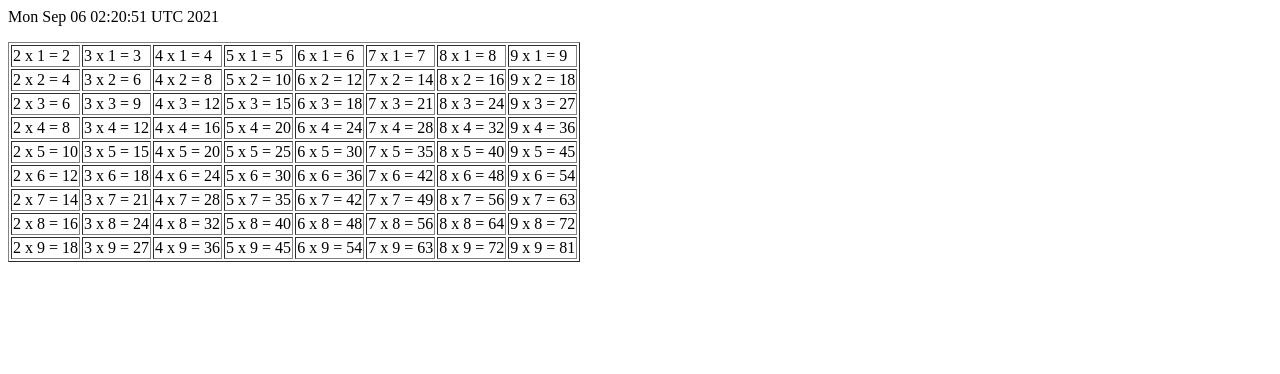
Repository: soobin10236/Class
Page: http://localhost/Web10/
The author's editor kept a copy of each file at every save. The page is drawn from the files as they stood at one save, then again after the next save.
The browser window is 1280 px wide. The pictures show the whole page.
The page is served by Tomcat 9. Other server files are loaded and not shown.

Above is the page before, as saved 2021-09-08 03:00:02.

### Web10/src/main/webapp/index.jsp

<%@page import="java.util.Date"%>
<%@ page language="java" contentType="text/html; charset=EUC-KR"
	pageEncoding="EUC-KR"%>
<!DOCTYPE html>
<html>
<head>
<meta charset="EUC-KR">
<title>Insert title here</title>
</head>

<body>
	<%--

	<!-- ex) -->

	<% Date date = new Date(); %>
	<%= date %><br/>

	--%>

	<!-- ex9) 구구단 -->

	<% Date date = new Date(); %>
	<%= date %><p>
	<table border="1">
	<%
	int sum = 0;
	for(int i=1;i<=9;i++){

	%>
		<tr>
		<%for(int j=1;j<=8;j++){ %>
			<td><%=j+1%> x <%=i %> = <%= (j+1)*i %></td>
		<%
		}%>
		</tr>
	<%} %>
	</table>
	<%-- <!-- ex8) html tag-->
	<% Date date = new Date(); %>
	<%= date %><br/>
	<button>호랑이</button>
	<hr/>
	<button>호랑이</button><p>
	<input type="text" value="초기값"/><br/>
	<input type="submit" value="submit"/><br/>
	<p>
	<select name ="color">
		<option value="red" selected>Red</option>
		<option value="blue">Blue</option>
		<option value="green">Green</option>
	</select> --%>

	<%-- <!-- ex7) JSP for문-->
	<body bgcolor = <%="green" %>>
	<% Date date = new Date(); %>
	<%= date %>

	<%
		String[] name = {"호랑이","독수리","원숭이","코끼리"};
	%>

	<table border="1" width="200">
	<%for(int i = 0; i < name.length; i++){ %>
		<tr>
			<%
				int temp = i * 10;
			%>
			<td><%=temp %></td>
			<td><%=name[i] %></td>
		</tr>
	<%} %>
	</table> --%>

	<%-- <!-- ex6) 테이블 출력 -->
	<% Date date = new Date(); %>
	<%= date %>
	<table border="1" width="200">
		<tr>
			<td><%=1 %></td>
			<td><%="호랑이" %></td>
		</tr>
		<tr>
			<td><%=2 %></td>
			<td><%="코끼리" %></td>
		</tr>
		<tr>
			<td><%=3 %></td>
			<td><%="독수리" %></td>
		</tr>
	</table> --%>


	<%-- <!-- ex5) import -->
	<% //java.util.Date date = new java.util.Date(); %>

	<%//@ page import = "java.util.*" %>
	<% Date date = new Date(); %>
	<%= date %> --%>


	<%-- <!-- ex4) JSP 선언문(함수작성) -->
	<h1>호랑이</h1>
	<%!
		void f1(javax.servlet.jsp.JspWriter out){
			try{
			out.print("method call");
			} catch(Exception e){
				e.printStackTrace();
			}
		}

		int f2(){
			return 999;
		}
	%>
	<%
		f1(out);

	// 표현식에는 ; 들어가면 안됨!
	%>
	<br/>
	<%=f2() %> --%>


	<%-- <!-- ex3) JSP 표현식 -->
	<h1>호랑이</h1>
	<%
		int num = 0;
		String s = "호랑이";
	%>
	출력 1 : <%=num %><br/>
	출력 2 : <%=s %><br/>	 --%>

	<%-- <!-- ex2) JSP 출력-->
	<h1>호랑이</h1>
	<%
		int num = 0;
		String s = "호랑이";
		out.println(num + "<br/>");
		out.println(s);
	%> --%>




	<%-- <!-- ex1) JSP 기초 4가지 -->
	1번 스크립트 릿 -> 자바코드 작성
	<% %>

	2번 표현식 -> 웹페이지에 출력 용도
	<%= %>

	3번 선언문(함수 작성) -> 잘 쓰이지 않는다.
	<%! %>

	4번 주석 잡기 <%-- -->
	자바코드 안에서는 자바에서 처럼 주석 잡으면 됨 --%>

</body>

</html>

After the next save:
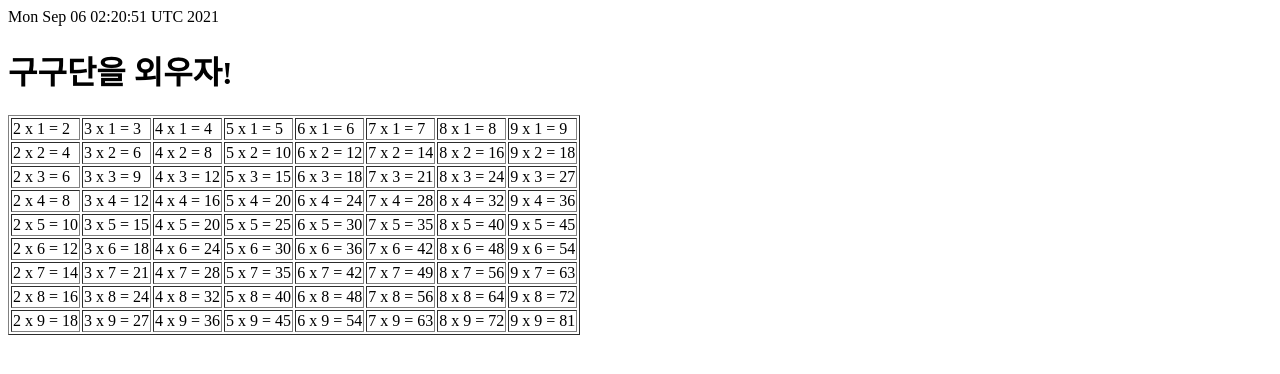
Saved 18 s later.
--- a/Web10/src/main/webapp/index.jsp
+++ b/Web10/src/main/webapp/index.jsp
@@ -23,6 +23,7 @@
 
 	<% Date date = new Date(); %>
 	<%= date %><p>
+	<h1>구구단을 외우자!</h1>
 	<table border="1">
 	<%
 	int sum = 0;
